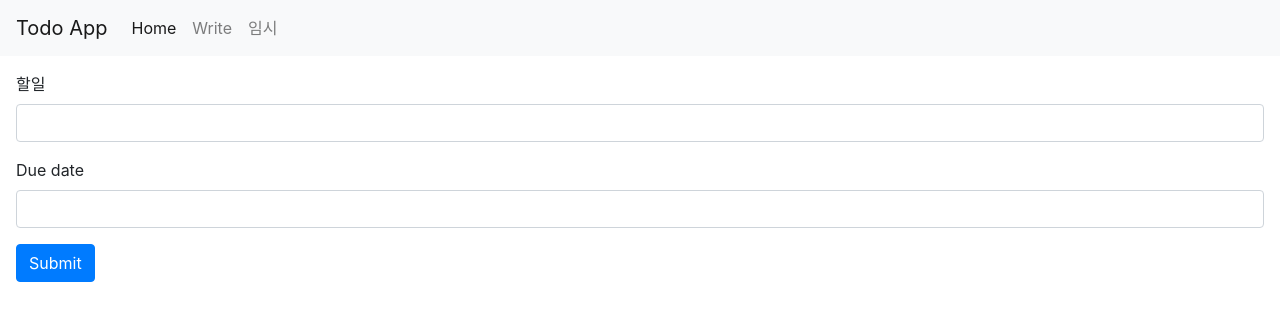
Repository: songeunleee/TodoApp
Page: write.html
The author's editor kept a copy of each file at every save. The page is drawn from the files as they stood at one save, then again after the next save.
The browser window is 1280 px wide. The pictures show the whole page.

Above is the page before, as saved 2023-04-14 01:31:04.

After the next save:
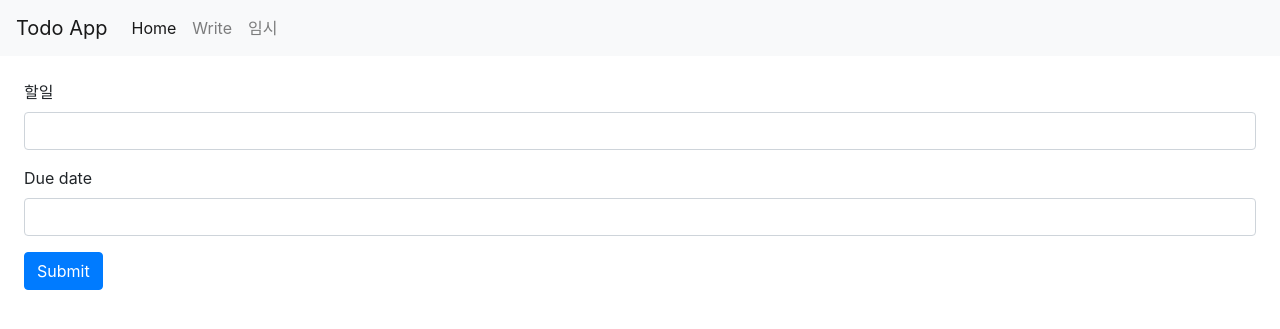
Saved 6 s later.
--- a/write.html
+++ b/write.html
@@ -33,7 +33,7 @@
         </div>
       </nav>
 
-      <form class="m-3">
+      <form class="m-4">
         <div class="form-group">
           <label for="exampleInputEmail1">할일</label>
           <input type="email" class="form-control" id="exampleInputEmail1" aria-describedby="emailHelp">
